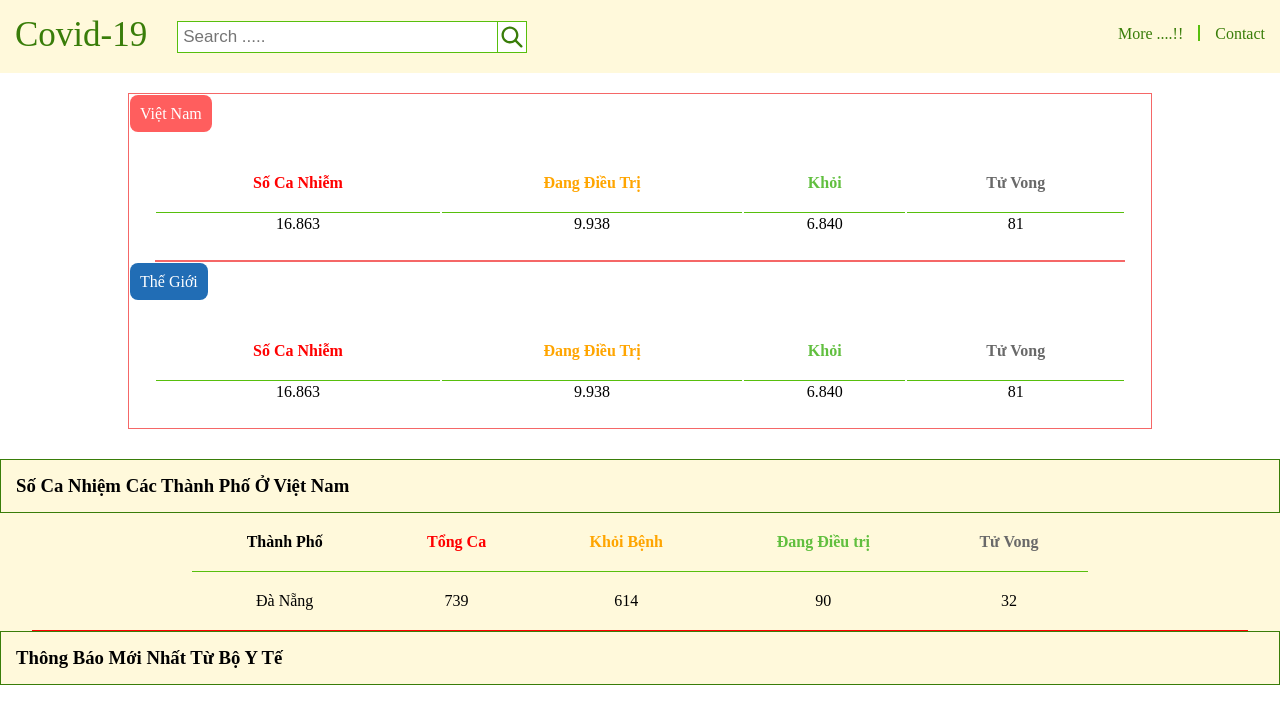
Repository: thuongton98/Covid
Page: html-css-js/index.html
These files come from the project's save history. The page is drawn as it stood at one moment and after the next save; the edit follows.
The browser window is 1280 px wide. The pictures show the whole page.

Above is the page before, as saved 2021-07-01 10:19:44.

After the next save:
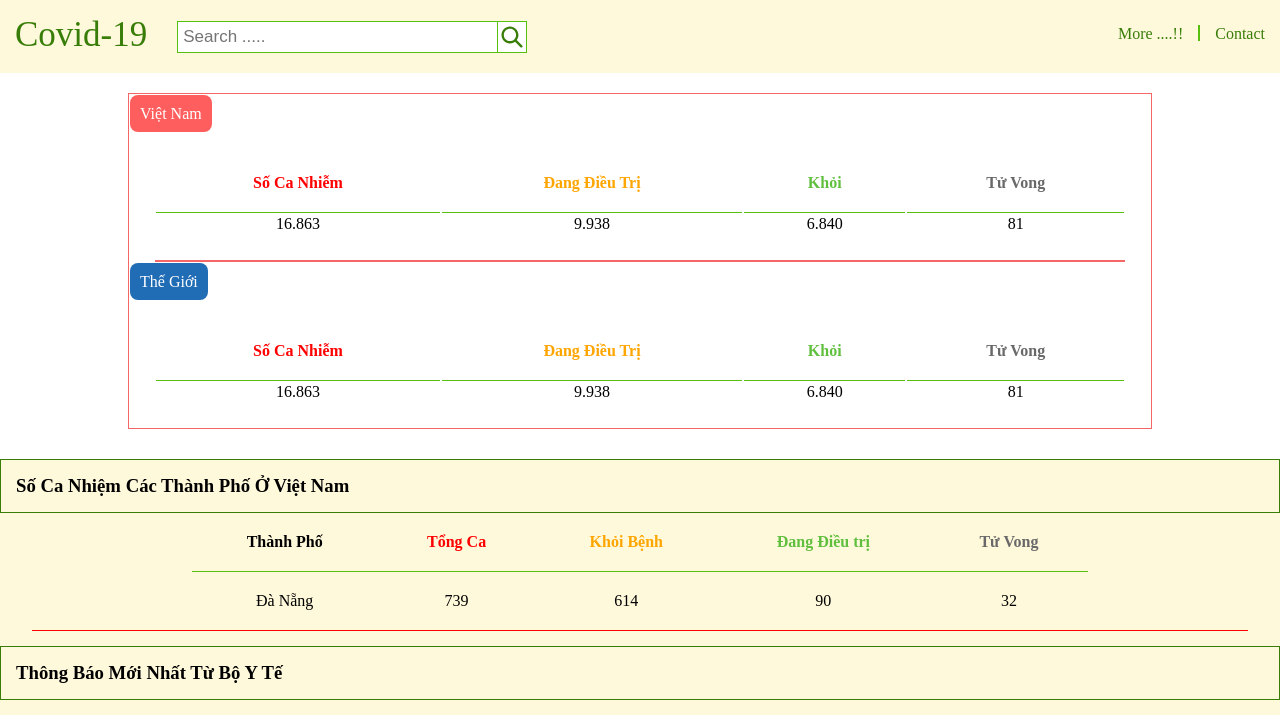
Saved 28 s later.
--- a/html-css-js/styles.css
+++ b/html-css-js/styles.css
@@ -153,7 +153,7 @@ nav .icon .icon-search svg:hover{
 
 .all-case,.alert{
     background-color: #fff9db;
-
+   padding-bottom:15px;
 }
 .all-case h3{
     border:1px solid #397d09;
